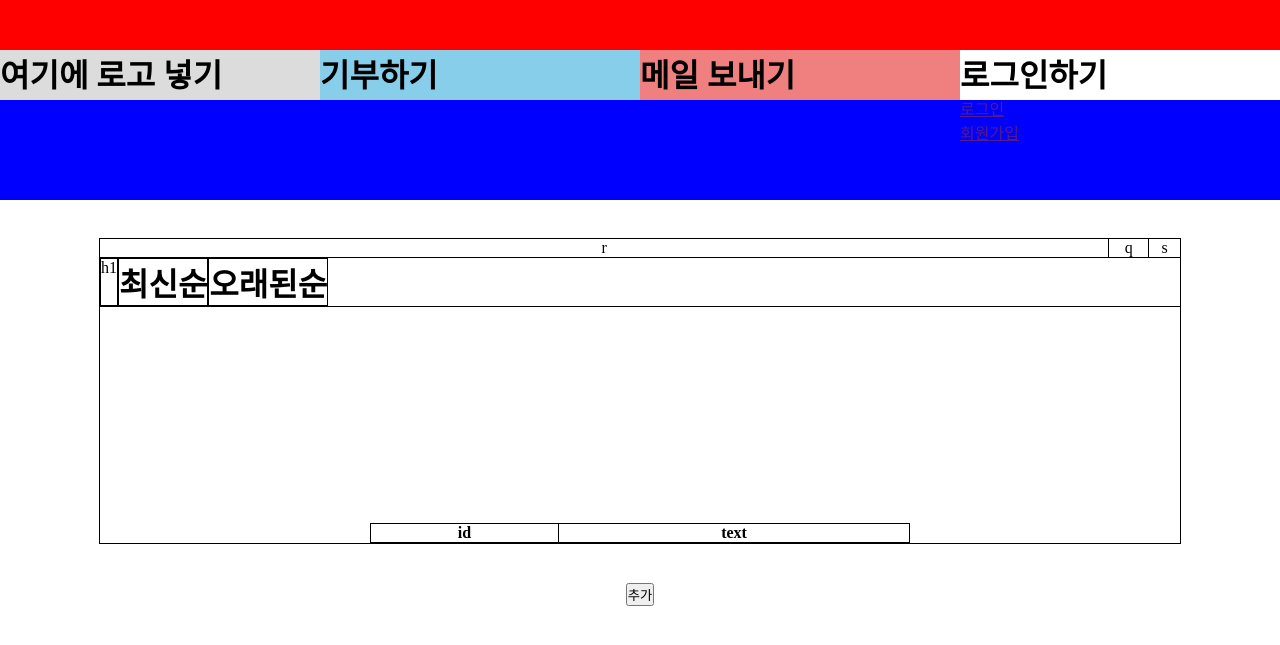
Repository: Yeojin0523/Survey
Page: http://localhost/Blog/Blog/list.jsp
The author's editor kept a copy of each file at every save. The page is drawn from the files as they stood at one save, then again after the next save.
The browser window is 1280 px wide. The pictures show the whole page.
The page is served by Tomcat 9. Other server files are loaded and not shown. The template is opened directly, without the code that normally fills it, so the values that code supplies are empty.

Above is the page before, as saved 2024-07-29 05:45:44.

### Blog/src/main/webapp/Blog/list.jsp
<%@ page language="java" contentType="text/html; charset=UTF-8"
	pageEncoding="UTF-8"%>
<%@ page import="java.util.List"%>
<%@ page import="java.util.ArrayList"%>
<%@ page import="java.sql.DriverManager"%>
<%@ page import="java.sql.ResultSet"%>
<%@ page import="java.sql.PreparedStatement"%>
<%@ page import="java.sql.Connection"%>
<%@ page import="java.sql.SQLException"%>

<%
Connection conn = null;
PreparedStatement pstmt = null;
ResultSet rs = null;
%>

<!DOCTYPE html>
<html>
<head>
<meta charset="UTF-8">
<title>my blog</title>
<script src="list.js"></script>
<link rel="stylesheet" href="list.css">
</head>
<body>
	<div class="wrapper">
		<div class="wrap">
			<div class="top_gnb_area"></div>
			<div class="top_area">
				<div class="logo_area">
					<h1>여기에 로고 넣기</h1>
				</div>
				<div class="donate_area">
					<h1>기부하기</h1>
				</div>

				<div class="mail_area">
					<h1>메일 보내기</h1>
				</div>
				<div class="login_area">
					<h1>로그인하기</h1>
					<!-- 로그인 안한 상태 -->
					<c:if test="${memeber == null}">
						<div class="loginBtn">
							<a href="">로그인</a>
						</div>
						<span><a href="">회원가입</a></span>
					</c:if>
				</div>
			</div>
		</div>
	</div>




	<div class="frame">
		<table class="outer_table">
			<tr>
				<td>r</td>
				<td>q</td>
				<td>s</td>
			</tr>
			<tr class="list">
				<td>h1</td>
				<td>
					<h1>최신순</h1>
				</td>
				<td>
					<h1>오래된순</h1>
				</td>
			</tr>
			<tr>
				<td colspan="3">
					<div class="content">
						<div class="donateList">
							<table class="inner_table">
								<tr>
									<th>id</th>
									<th>text</th>
								</tr>
								<%
								try {
									Class.forName("oracle.jdbc.driver.OracleDriver");
									conn = DriverManager.getConnection("jdbc:oracle:thin:@localhost:1521:XE", "c##systemid", "systempwd");
									String sql = "SELECT * FROM blog";
									pstmt = conn.prepareStatement(sql);
									rs = pstmt.executeQuery();

									while (rs.next()) {
										out.println("<tr>");
										out.println("<td>" + rs.getInt("seq") + "</td>");
										out.println("<td>" + rs.getString("text") + "</td>");
										out.println("</tr>");
									}
								} catch (Exception e) {
									e.printStackTrace();
								} finally {
									try {
										if (rs != null)
									rs.close();
										if (pstmt != null)
									pstmt.close();
										if (conn != null)
									conn.close();
									} catch (Exception e) {
										e.printStackTrace();
									}
								}
								%>
							</table>
						</div>
					</div>
				</td>
			</tr>
		</table>
	</div>


	<div class="button_area">
		<button id="insertBtn">추가</button>
	</div>
</body>
</html>

### Blog/src/main/webapp/Blog/list.js
/** list.js의 script file
 *
 */
document.addEventListener("DOMContentLoaded", function(){
	document.getElementById("insertBtn").addEventListener("click", function(){
		window.location.href="InsertForm.jsp";
	});
});

### Blog/src/main/webapp/Blog/list.css
@charset "UTF-8";
*{
	margin:0;
	padding:0;
}
/*화면 전체*/
.wrapper{
	width:100%;
}
/*content 랩*/
.content{
	width:1080px;
	margin:auto;
}
.top_gnb_area{
	width:100%;
	height:50px;
	background-color: red;
}
.top_area{
	width:100%;
	height:150px;
	background-color: blue;
	align-items: center;
}
.logo_area{
	width:25%;
	height:50px;
	background-color: gainsboro;
	float:left;
}
.donate_area{
	width:25%;
	height:50px;
	background-color: skyblue;
	float:left;
}
.mail_area{
	width:25%;
	height:50px;
	background-color: lightcoral;
	float:left;
}
.login_area{
	width:25%;
	height:50px;
	background-color: white;
	float:right;
}
table{
	margin-left:auto;
	margin-right:auto;
	text-align: center;
}
table, td, th{
	border-collapse: collapse;
	border:1px solid black;
}
.outer_table{
	margin-top:3%;
}
.inner_table{
	margin-top:20%;
	width:50%;
	height:50%;
}
.button_area{
	text-align: center;
	padding:3%;
}
.list{
	display: flex;
}

After the next save:
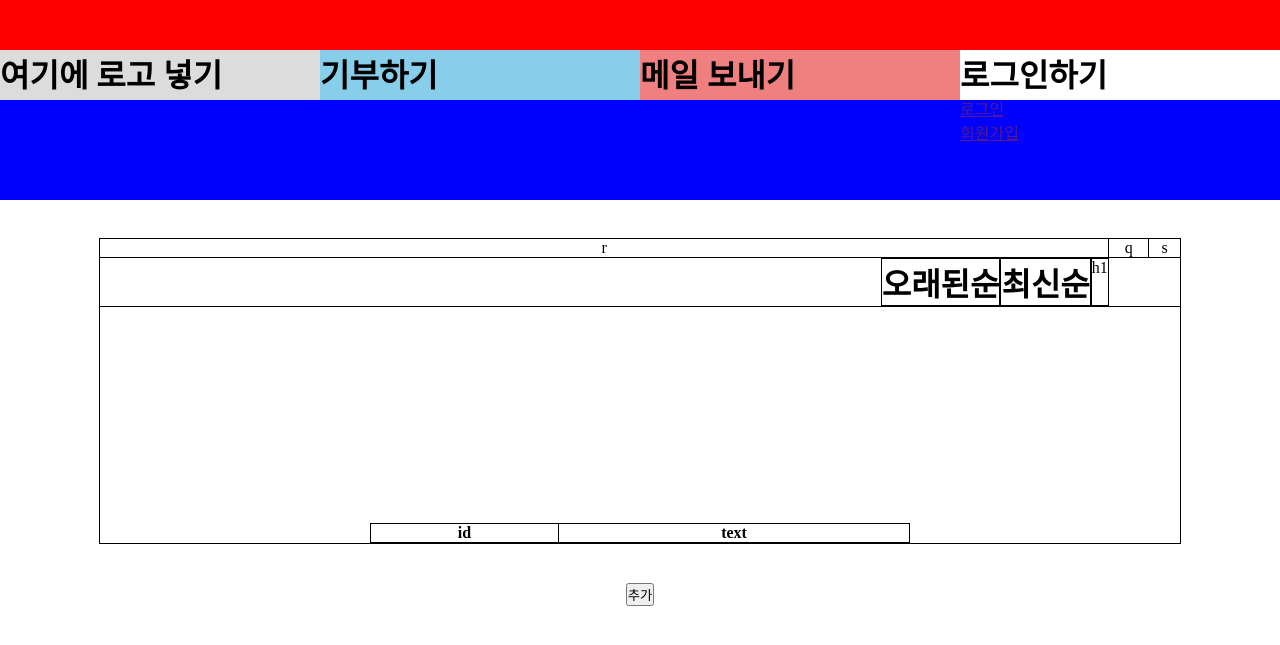
Saved 40 s later.
--- a/Blog/src/main/webapp/Blog/list.css
+++ b/Blog/src/main/webapp/Blog/list.css
@@ -70,4 +70,5 @@ table, td, th{
 }
 .list{
 	display: flex;
+	flex-direction: row-reverse;
 }
